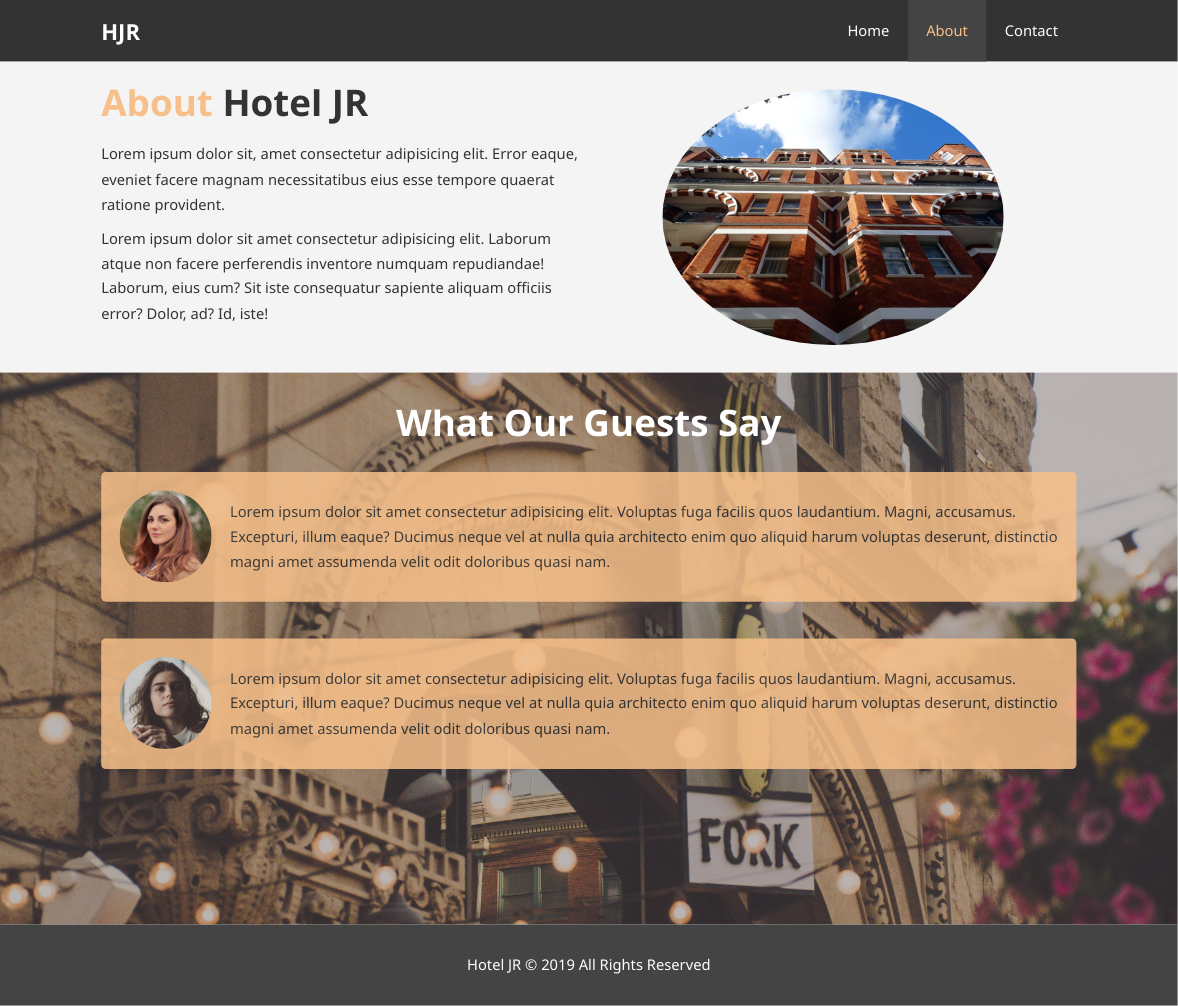
Repository: dimlutine/Hotel-Project
Page: about.html
The author's editor kept a copy of each file at every save. The page is drawn from the files as they stood at one save, then again after the next save.
The browser window is 1280 px wide. The pictures show the whole page, at 92% of full size.

Above is the page before, as saved 2019-07-05 23:00:13.

After the next save:
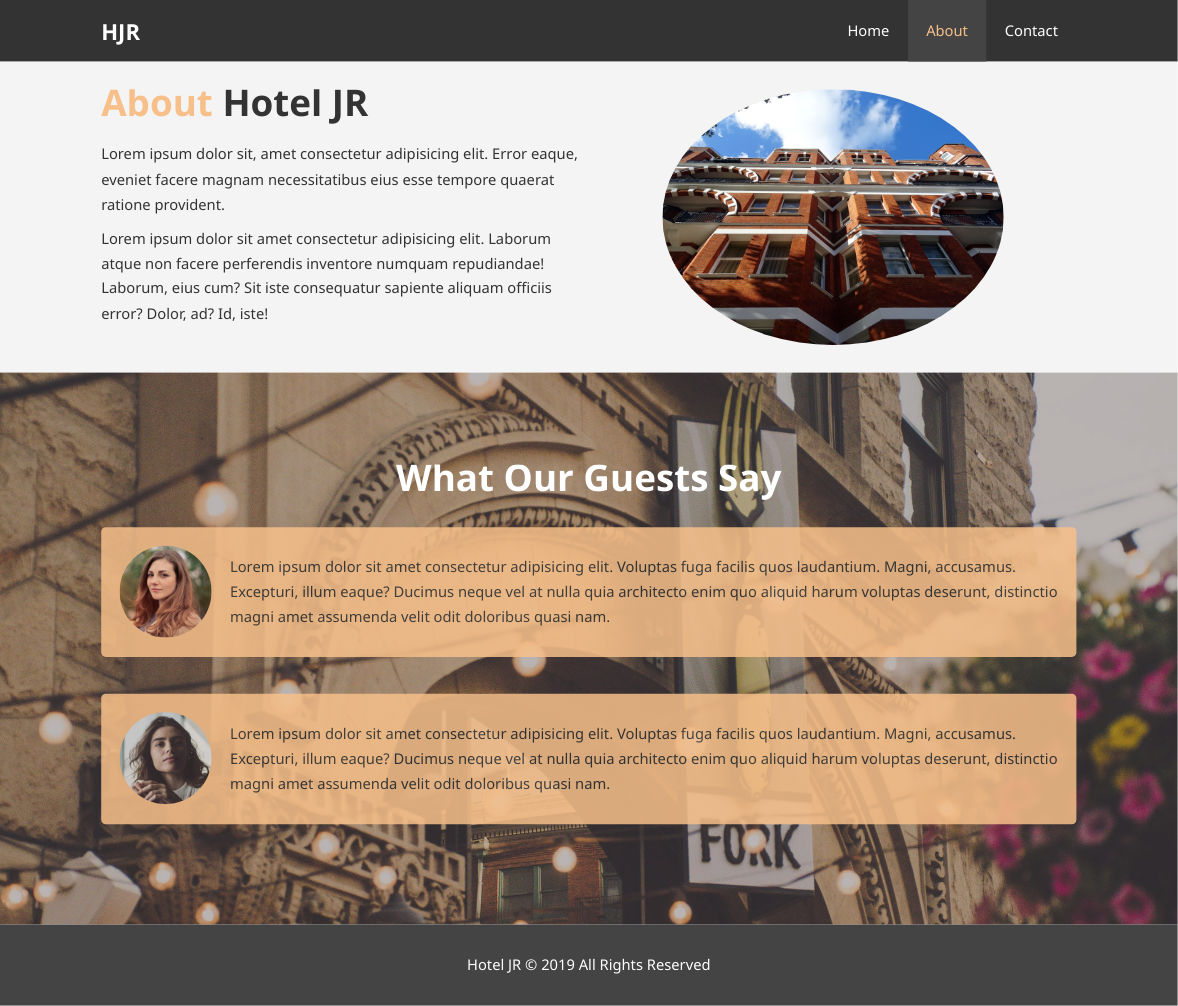
Saved 63 s later.
--- a/css/style.css
+++ b/css/style.css
@@ -236,7 +236,7 @@ p {
 #testimonials {
     height: 600px;
     background: url('../img/test-bg.jpg') no-repeat center center/cover;
-    padding-top: 40px;
+    padding-top: 100px;
 }
 
 #testimonials .testimonial {
